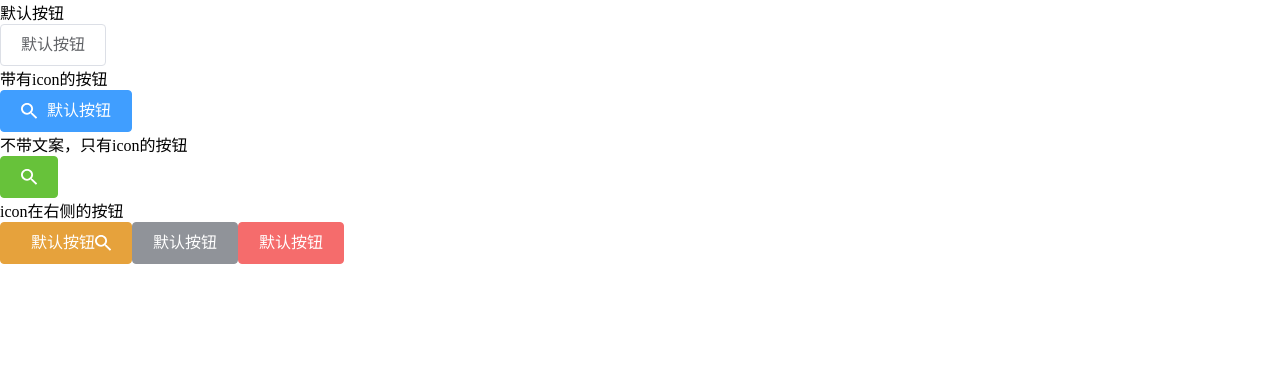
Repository: onlyadaydreamer/dreamer-ui
Page: /
The author's editor kept a copy of each file at every save. The page is drawn from the files as they stood at one save, then again after the next save.
The browser window is 1280 px wide. The pictures show the whole page.
The project was rebuilt for these pictures with package versions that can differ from the ones it lists, and the page was loaded fresh each time. Also part of the build but not shown: src/styles/icon.js, src/packages/index.js.

Above is the page before, as saved 2020-05-13 15:40:33.

### src/main.js
import Vue from 'vue'
import App from './App.vue'

Vue.config.productionTip = false

import dreamerUI from './packages/index';
Vue.use(dreamerUI);

new Vue({
  render: h => h(App),
}).$mount('#app')

### src/App.vue
<template>
  <div id="app">
      <p>默认按钮</p>
    <dreamer-button>默认按钮</dreamer-button>
    <p>带有icon的按钮</p>
    <dreamer-button type="primary" icon="search">默认按钮</dreamer-button>
    <p>不带文案，只有icon的按钮</p>
    <dreamer-button type="success" icon="search"></dreamer-button>
    <p>icon在右侧的按钮</p>
    <dreamer-button type="warning" icon="search" icon-position="right">默认按钮</dreamer-button>
    <dreamer-button type="info">默认按钮</dreamer-button>
    <dreamer-button type="danger">默认按钮</dreamer-button>
  </div>
</template>

<script>

export default {

}
</script>

<style lang="scss">

</style>

### src/packages/button.vue
<template>
    <button class="dreamer-button" :class="btnClass">
        <dreamer-icon v-if="icon" :icon="icon" class="icon"></dreamer-icon>
        <!--有可能不写文案-->
        <span v-if="this.$slots.default">
            <slot></slot>
        </span>
    </button>
</template>

<script>
export default {
    name: 'dreamer-button',
    props: {
        type: {
            type: String,
            default: '',
            validator(type) {
                if (type && !['primary', 'success', 'warning', 'info', 'danger'].includes(type)) {
                    console.error('type类型必须为' + ['primary', 'success', 'warning', 'info', 'danger'].join('、'));
                }
                return true;// 最终都通过校验
            }
        },
        icon: {
            type: String
        },
        iconPosition: {
            type: String,
            default: 'left',
            validator(position) {
                if (position && !['primary', 'success', 'warning', 'info', 'danger'].includes(position)) {
                    console.error('position必须为' + ['left', 'right'].join('、'));
                }
                return true;
            }
        }
    },
    computed: {
        btnClass() {
            let classes = [];
            if (this.type) {
                classes.push(`dreamer-button-${this.type}`);
            }
            if (this.iconPosition) {
                classes.push(`dreamer-button-${this.iconPosition}`);
            }
            return classes;
        }
    }
}
</script>

<style lang="scss">
@import "../styles/_var.scss";
$height: 42px;
$font-size: 16px;
$color: #606266;
$border-color: #dcdfe6;
$background: #ecf5ff;
$active-color: #3a8ee6;

.dreamer-button {
    border-radius: $border-radius;
    border: 1px solid $border-color;
    color: $color;
    background: #fff;
    height: $height;
    cursor: pointer;
    font-size: $font-size;
    line-height: 1;
    padding: 12px 20px;
    display: inline-flex;
    justify-content: center;
    vertical-align: middle;
    &:hover {
        border-color: $border-color;
        background-color: $background;
    }
    &:focus,
    &:active {
        color: $active-color;
        border: 1px solid $active-color;
        outline: none;
        background-color: $background;
    }
    //   &-primary {}
    //   &-success {}
    //    ... 这么一遍一遍写太麻烦
    @each $type,
        $color
            in (
                primary: $primary,
                success: $success,
                info: $info,
                warning: $warning,
                danger: $danger
            )
    {
        &-#{$type} {
            background: #{$color};
            border: 1px solid #{$color};
            color: #fff;
            fill: #fff;
        }
    }
    @each $type,
        $color
            in (
                primary: $primary-hover,
                success: $success-hover,
                info: $info-hover,
                warning: $warning-hover,
                danger: $danger-hover
            )
    {
        &-#{$type}:hover {
            background: #{$color};
            border: 1px solid #{$color};
            color: #fff;
        }
    }
    @each $type,
        $color
            in (
                primary: $primary-active,
                success: $success-active,
                info: $info-active,
                warning: $warning-active,
                danger: $danger-active
            )
    {
        &-#{$type}:active,
        &-#{$type}:focus {
            background: #{$color};
            border: 1px solid #{$color};
            color: #fff;
        }
    }
    .icon {
        width: 16px;
        height: 16px;
    }
    .icon + span {// 如果icon后面有span标签的话, 设置span标签的样式
        margin-left: 10px;
    }
    span + .icon {
        margin-left: 10px;
    }
    &-left {
        svg{order: 1};
        span {order: 2};
    }
    &-right {
        svg{order: 2};
        span {order: 1};
    }
}
</style>

### src/packages/icon.vue
<template>
   <svg class="dreamer-icon" aria-hidden="true">
        <use :xlink:href="`#icon-${icon}`"></use>
    </svg>
</template>

<script>
import '../styles/icon';
export default {
    name: 'dreamer-icon',
    props: {
        icon: {
            type: String,
            required: true
        }
    }
}
</script>

<style lang="scss">
.dreamer-icon {
       width: 25px;
       height: 25px;
       vertical-align: middle;
    }
</style>

### src/styles/_var.scss
$border-radius: 4px;

$primary: #409EFF;
$success: #67C23A;
$warning: #E6A23C;
$danger: #F56C6C;
$info: #909399;

$primary-hover: #66B1FF;
$success-hover: #85CE61;
$warning-hover: #EBB563;
$danger-hover: #F78989;
$info-hover: #A6A9AD;

$primary-active: #3A8EE6;
$success-active: #5DAF34;
$warning-active: #CF9236;
$danger-active: #DD6161;
$info-active: #82848A;

* {
    padding: 0;
    margin: 0;
    box-sizing: border-box;
}

Loaded but not shown: public/index.html (common file)

After the next save:
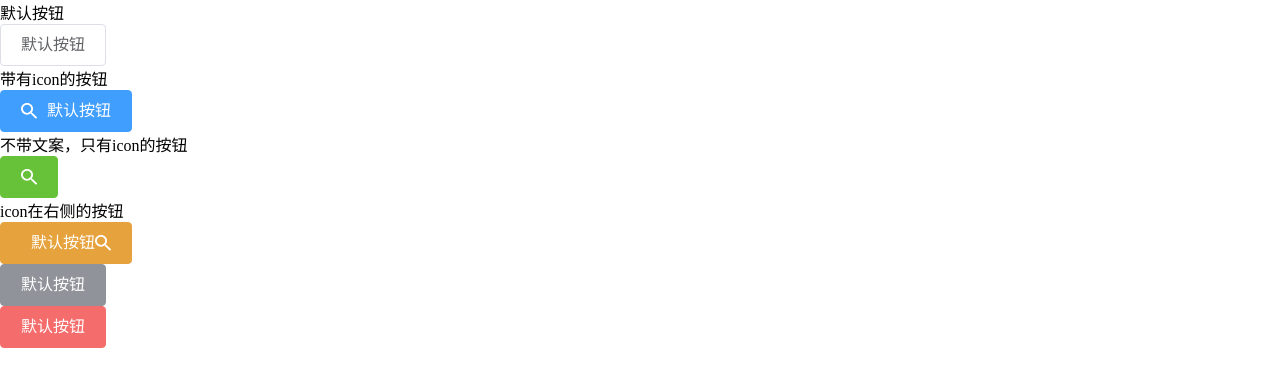
Saved 16 s later.
--- a/src/App.vue
+++ b/src/App.vue
@@ -8,7 +8,9 @@
     <dreamer-button type="success" icon="search"></dreamer-button>
     <p>icon在右侧的按钮</p>
     <dreamer-button type="warning" icon="search" icon-position="right">默认按钮</dreamer-button>
+    <p></p>
     <dreamer-button type="info">默认按钮</dreamer-button>
+    <p></p>
     <dreamer-button type="danger">默认按钮</dreamer-button>
   </div>
 </template>
